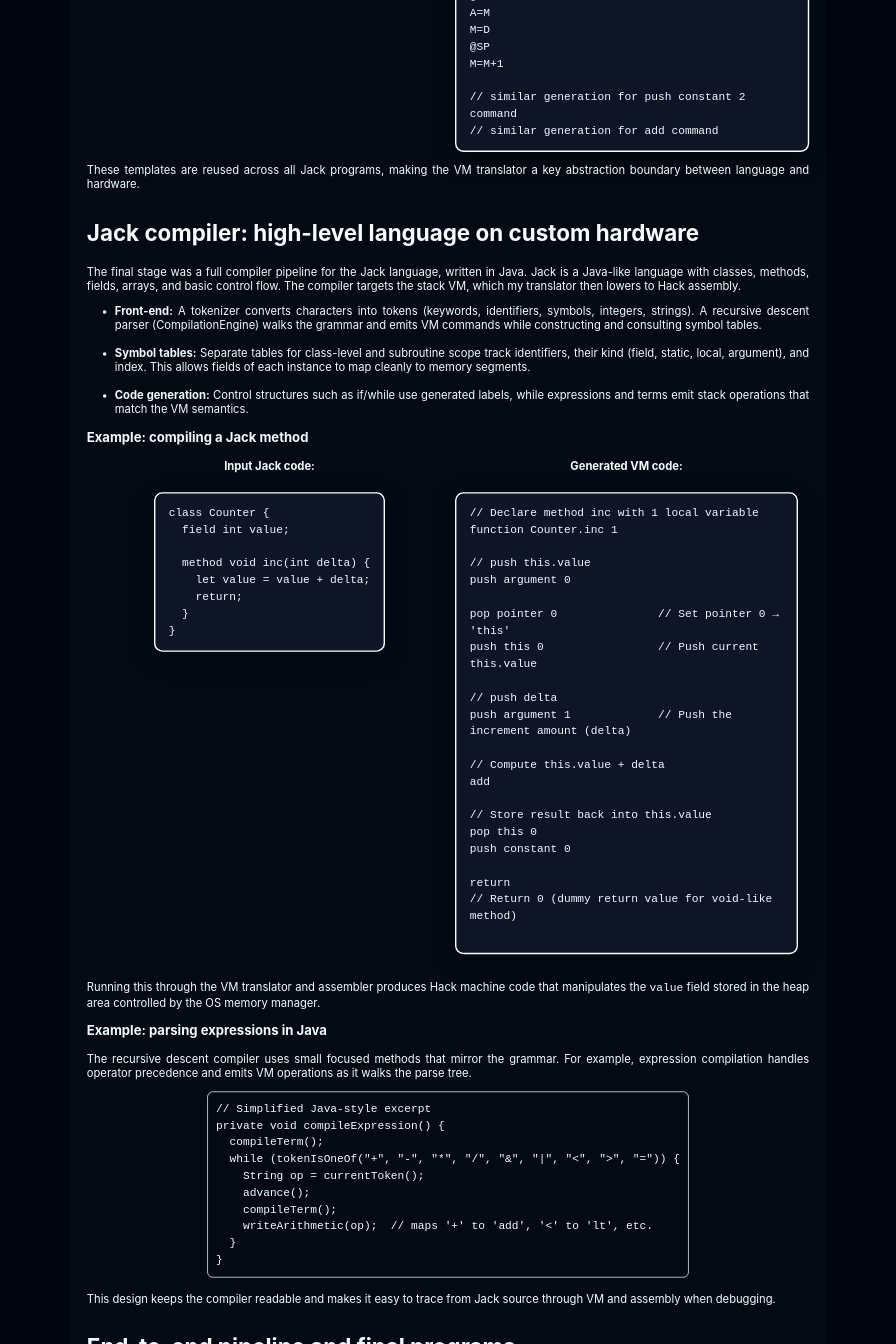
Repository: Abdulaziz-04/Abdulaziz-04.github.io
Page: deepdives/backend_systems/nand2tetris/nand2tetris.html
The author's editor kept a copy of each file at every save. The page is drawn from the files as they stood at one save, then again after the next save.
The browser window is 1280 px wide. The pictures show the part of the page from y = 3883 to 5803 px (the page is 6451 px tall), at 70% of full size.

Above is the page before, as saved 2025-11-20 21:52:57.

### deepdives/backend_systems/nand2tetris/nand2tetris.html
<!DOCTYPE html>
<html lang="en">
  <head>
    <meta charset="UTF-8" />
    <meta name="viewport" content="width=device-width, initial-scale=1" />
    <title>
      From Nand to Tetris: Building a Computer and Compiler from Scratch
    </title>
    <link rel="stylesheet" href="../../../assets/css/styles.css" />
    <style>
      .project-detail-page pre,
      .project-detail-page code {
        font-size: 1rem;
        line-height: 1.5;
      }

      .project-detail-page pre {
        display: flex;
        justify-content: center;
        margin: 1.25rem auto;
      }

      .project-detail-page pre code {
        display: inline-block;
        text-align: left;
      }

      .code-pair {
        display: grid;
        grid-template-columns: repeat(2, minmax(0, 1fr));
        gap: 1.25rem;
        align-items: start;
        justify-items: center;
        max-width: 1000px;
        margin: 0 auto;
      }

      .code-pair > div {
        display: flex;
        flex-direction: column;
        gap: 0.5rem;
        align-items: center;
      }

      .code-pair p {
        margin: 0;
        text-align: center;
        width: 100%;
      }

      .code-bordered {
        border: 1px solid #ffffff;
        border-radius: 8px;
        padding: 0.75rem;
        display: block;
        width: fit-content;
        max-width: 100%;
        margin: 0.75rem auto;
      }

      .project-detail-page pre.code-bordered {
        margin: 0 auto 1.25rem;
        justify-content: flex-start;
      }

      .code-card {
        color: #f6f8ff;
        border: 2px solid #3b4a6d;
        border-radius: 12px;
        padding: 1rem 1.2rem;
        background: #0d1526;
        box-shadow: 0 10px 32px rgba(0, 0, 0, 0.24);
        display: flex;
        flex-direction: column;
        gap: 0.5rem;
        width: 100%;
        max-width: 520px;
      }

      .code-card pre {
        display: block;
        margin: 0;
      }

      .code-card pre code {
        display: block;
        text-align: left;
      }

      .code-card__title {
        margin: 0;
        font-weight: 700;
        text-align: left;
      }

      .code-card code {
        display: block;
        white-space: pre-wrap;
        word-break: break-word;
        width: 100%;
      }

      .code-card.vm-block,
      .code-card.asm-block {
        border-color: #ffffff;
      }

      .code-grid {
        display: grid;
        grid-template-columns: repeat(2, minmax(0, 1fr));
        gap: 1.25rem;
        align-items: start;
        justify-items: center;
        max-width: 1100px;
        margin: 0 auto;
      }

      .asm-columns {
        display: grid;
        grid-template-columns: repeat(auto-fit, minmax(220px, 1fr));
        gap: 0.75rem;
        align-items: start;
      }

      .asm-columns pre {
        margin: 0;
        padding: 0;
        border: none;
        background: transparent;
      }

      .asm-columns pre code {
        display: block;
        white-space: pre;
        width: 100%;
      }
    </style>
  </head>

  <body class="project-detail-page">
    <header class="detail-hero">
      <a
        class="category-back"
        href="../../../projects/compiler-blockchain.html"
      >
        &larr; Back to Projects
      </a>

      <p
        class="category-pill"
        onclick="window.location.href='../../../projects/compiler-blockchain.html'"
      >
        Backend &amp; Distributed Logic
      </p>
      <br />
      <h1>
        From Nand to Tetris: Building a Computer and Compiler from Scratch
      </h1>

      <p class="detail-summary">
        <b>
          Two–part systems project where I built a full 16-bit computer,
          assembler, virtual machine, and compiler from primitive NAND gates.
          The stack ends in a high-level programming language called Jack that
          runs on the hardware I designed using an emulator.
        </b>
      </p>

      <p class="detail-summary">
        I completed all projects for both Coursera courses
        <i>“Build a Modern Computer from First Principles: Part 1 and Part 2”</i
        >, submitted every assignment, scored <b>98%</b> overall, and earned
        both certifications.
      </p>

      <ul class="detail-meta">
        <li>
          <strong>Tech Stack:</strong>
          Hardware Description Language (HDL), Hack assembly, Jack language,
          Java (assembler, VM translator, compiler), shell tooling, hardware and
          VM emulators
        </li>
      </ul>
    </header>

    <main class="section detail-content">
      <!-- HERO IMAGE -->
      <section class="detail-section detail-hero-gif">
        <figure class="gallery-item gallery-item--wide">
          <img
            src="./images/nand2tetris_intro.png"
            alt="Hardware and software hierarchy from NAND gate up to high level language"
            style="display: block; margin: 0 auto; max-width: 90%; height: auto"
          />
          <figcaption style="text-align: center">
            The full stack I implemented: from a single NAND gate to logic
            chips, CPU, assembler, VM, and Jack compiler running user programs.
          </figcaption>
        </figure>
      </section>

      <!-- QUICK INSIGHTS -->
      <section class="detail-section">
        <h2>Quick insights</h2>
        <ul class="psr-list">
          <li>
            <strong>Goal:</strong>
            Design a full computer system from the logic-gate level and build a
            usable high-level programming language called Jack with it's own
            compiler and toolchain that runs games and apps on that hardware.
          </li>
          <br />
          <li>
            <strong>Scope:</strong>
            Implemented over <b>30+</b> hardware chips in HDL, a
            <b>16-bit Hack CPU and memory system</b>, a two-stage software stack
            (assembler and VM translator), and a multi-pass Jack compiler.
          </li>
          <br />
          <li>
            <strong>Outcome:</strong>
            The final system runs full Jack programs such as Tetris and a simple
            operating system (arrays, math library, memory manager), compiled by
            my Java tools from Jack to machine language that executes on the
            hardware I built (via emulation).
          </li>
        </ul>
      </section>

      <!-- HARDWARE PLATFORM -->
      <section class="detail-section">
        <h2>Hardware platform: from NAND to a 16-bit computer</h2>
        <p>
          Part 1 focused on creating the hardware stack using the course HDL.
          Starting from a single NAND primitive, I implemented combinational and
          sequential chips and composed them into a usable computer.
        </p>

        <ul>
          <li>
            <b>Core logic:</b> Built gates such as NOT, AND, OR, MUX, and
            adders, then composed them into an <b>ALU</b> (Arithmetic Logic
            Unit) supporting arithmetic, bitwise operations, and zero/negative
            flags.
          </li>
          <br />
          <li>
            <b>Stateful components:</b> Implemented Register, RAM8/64/4K/16K,
            counters, and a screen-mapped memory unit using flip-flops and
            clocked logic.
          </li>
          <br />
          <li>
            <b>CPU and computer:</b> Wired the ALU (Arithmetic Logic Unit),
            registers, and instruction decoder into a Hack CPU supporting
            A-instruction and C-instruction i.e. Address and Compute
            instructions plus conditional jumps, then added ROM and memory to
            form the complete computer chip.
          </li>
        </ul>

        <h3>Example: ALU snippet and behavior</h3>
        <p>
          The ALU combines configurable input negation, zeroing, and function
          selection. Here is a simplified HDL excerpt (names adjusted for
          brevity):
        </p>

        <pre class="code-bordered"><code>// Simplified ALU style HDL
CHIP ALU {
  IN  x[16], y[16],
      zx, nx, zy, ny, f, no;
  OUT out[16], zr, ng;

  PARTS:
  Mux16(a=x, b=false, sel=zx, out=xz);
  Not16(in=xz, out=xn);
  Mux16(a=xz, b=xn, sel=nx, out=x1);

  Mux16(a=y, b=false, sel=zy, out=yz);
  Not16(in=yz, out=yn);
  Mux16(a=yz, b=yn, sel=ny, out=y1);

  Add16(a=x1, b=y1, out=sum);
  And16(a=x1, b=y1, out=andv);
  Mux16(a=andv, b=sum, sel=f, out=out0);

  Not16(in=out0, out=out1);
  Mux16(a=out0, b=out1, sel=no, out=out);

  Or16Way(in=out, out=any);
  Not(in=any, out=zr);
  And(in=out[15], in2=true, out=ng);
}</code></pre>

        <p>
          With these control bits, higher-level instructions like D=D+M or M=!M
          are implemented simply by choosing the correct input parameter
          combination.
        </p>
      </section>

      <!-- ASSEMBLER -->
      <section class="detail-section">
        <h2>Assembler: Hack assembly to machine code</h2>
        <p>
          Once the computer chip worked in simulation, I wrote a two-pass
          assembler in Java for the Hack assembly language. It resolves labels
          and variables, then emits 16-bit binary instructions.
        </p>

        <ul>
          <li>
            <b>Two-pass design:</b> First pass scans labels (for example,
            <code>(LOOP)</code>) and records their ROM addresses. Second pass
            encodes A and C instructions into their binary form.
          </li>
          <br />
          <li>
            <b>Symbol table:</b> Pre-populated with predefined registers
            (R0–R15), pointers (SP, LCL, ARG), screen and keyboard addresses,
            then extended with user variables starting at address 16.
          </li>
        </ul>

        <h3>Assembler encoding example</h3>

        <div class="code-pair">
          <div>
            <p><b>Input assembly:</b></p>
            <pre class="code-card vm-block"><code>// Simple loop
@i
M=1
(LOOP)
  @i
  M=M+1
  @10
  D;JLT
  @LOOP
  0;JMP</code></pre>
          </div>

          <div>
            <p><b>Generated machine code:</b></p>
            <pre
              class="code-card asm-block"
            ><code>0000000000010000   // @i (allocated at 16)
1110111111001000   // M=1
0000000000010000   // @i
1111110111011000   // M=M+1
0000000000001010   // @10
1110001100000100   // D;JLT
0000000000000010   // @LOOP (ROM address 2)
1110101010000111   // 0;JMP</code></pre>
          </div>
        </div>

        <p>
          Running this binary on the hardware simulator shows the register and
          RAM state changing as expected, proving the assembler and CPU agree on
          the instruction set.
        </p>
      </section>

      <!-- VM TRANSLATOR -->
      <section class="detail-section">
        <h2>VM translator: stack machine to Hack assembly</h2>
        <p>
          Part 2 starts the software hierarchy. I implemented a VM translator in
          Java that converts a high-level stack-based VM language into Hack
          assembly. This layer decouples Jack from the hardware and introduces
          function calls and static segments.
        </p>

        <ul>
          <li>
            <b>Arithmetic and logic:</b> Commands such as <code>add</code>,
            <code>sub</code>, <code>eq</code>, <code>lt</code>, and
            <code>gt</code> pop values from the stack, compute, and push results
            using small assembly templates.
          </li>
          <br />
          <li>
            <b>Memory segments:</b> Implemented pointer logic for
            <code>local</code>, <code>argument</code>, <code>this</code>,
            <code>that</code>, <code>temp</code>, <code>pointer</code>, and
            <code>static</code> segments.
          </li>
          <br />
          <li>
            <b>Functions and calls:</b> Implemented call frames following the
            Hack VM spec: save caller state, set ARG and LCL, jump to callee,
            and restore on return.
          </li>
        </ul>

        <h3>VM to assembly example</h3>

        <div class="code-grid">
          <div class="code-card vm-block">
            <p class="code-card__title">Input VM snippet:</p>
            <pre><code>function Simple.addTwo 0
push argument 0
push constant 2
add
return</code></pre>
          </div>

          <div class="code-card asm-block" style="grid-column: span 1">
            <p class="code-card__title">Generated Hack assembly (excerpt):</p>
            <pre><code>// function Simple.addTwo 0
(Simple.addTwo)
// full generation for "push argument 0"
@ARG
D=M
@0
A=D+A
D=M
@SP
A=M
M=D
@SP
M=M+1

// similar generation for push constant 2 command
// similar generation for add command
</code></pre>
          </div>
        </div>

        <p>
          These templates are reused across all Jack programs, making the VM
          translator a key abstraction boundary between language and hardware.
        </p>
      </section>

      <!-- JACK COMPILER -->
      <section class="detail-section">
        <h2>Jack compiler: high-level language on custom hardware</h2>
        <p>
          The final stage was a full compiler pipeline for the Jack language,
          written in Java. Jack is a Java-like language with classes, methods,
          fields, arrays, and basic control flow. The compiler targets the stack
          VM, which my translator then lowers to Hack assembly.
        </p>

        <ul>
          <li>
            <b>Front-end:</b> A tokenizer converts characters into tokens
            (keywords, identifiers, symbols, integers, strings). A recursive
            descent parser (CompilationEngine) walks the grammar and emits VM
            commands while constructing and consulting symbol tables.
          </li>
          <br />
          <li>
            <b>Symbol tables:</b> Separate tables for class-level and subroutine
            scope track identifiers, their kind (field, static, local,
            argument), and index. This allows fields of each instance to map
            cleanly to memory segments.
          </li>
          <br />
          <li>
            <b>Code generation:</b> Control structures such as if/while use
            generated labels, while expressions and terms emit stack operations
            that match the VM semantics.
          </li>
        </ul>

        <h3>Example: compiling a Jack method</h3>

        <div class="code-pair">
          <div>
            <p><b>Input Jack code:</b></p>
            <pre class="code-card vm-block"><code>class Counter {
  field int value;

  method void inc(int delta) {
    let value = value + delta;
    return;
  }
}</code></pre>
          </div>
          <div>
            <p><b>Generated VM code:</b></p>
            <pre
              class="code-card asm-block"
            ><code>// Declare method inc with 1 local variable
function Counter.inc 1

// push this.value
push argument 0

pop pointer 0               // Set pointer 0 → 'this'
push this 0                 // Push current this.value

// push delta
push argument 1             // Push the increment amount (delta)

// Compute this.value + delta
add

// Store result back into this.value
pop this 0
push constant 0

return
// Return 0 (dummy return value for void-like method)
  </code></pre>
          </div>
        </div>

        <p>
          Running this through the VM translator and assembler produces Hack
          machine code that manipulates the <code>value</code> field stored in
          the heap area controlled by the OS memory manager.
        </p>

        <h3>Example: parsing expressions in Java</h3>
        <p>
          The recursive descent compiler uses small focused methods that mirror
          the grammar. For example, expression compilation handles operator
          precedence and emits VM operations as it walks the parse tree.
        </p>

        <pre class="code-bordered"><code>// Simplified Java-style excerpt
private void compileExpression() {
  compileTerm();
  while (tokenIsOneOf("+", "-", "*", "/", "&amp;", "|", "&lt;", "&gt;", "=")) {
    String op = currentToken();
    advance();
    compileTerm();
    writeArithmetic(op);  // maps '+' to 'add', '&lt;' to 'lt', etc.
  }
}</code></pre>

        <p>
          This design keeps the compiler readable and makes it easy to trace
          from Jack source through VM and assembly when debugging.
        </p>
      </section>

      <!-- END-TO-END PIPELINE -->
      <section class="detail-section">
        <h2>End-to-end pipeline and final programs</h2>
        <p>
          With the full pipeline in place, I compiled and ran several Jack
          applications, including the supplied Tetris, a simple OS API, and my
          own small programs that manipulate memory, draw graphics, and handle
          keyboard input.
        </p>

        <ul>
          <li>
            <b>End-to-end flow:</b> Jack source (User Input Programming
            Language) → Java Compiler → VM code → Java VM translator → Hack
            assembly → Java assembler → 16-bit machine code → executed on the
            computer emulated from NAND gates. The Compiler, VM translator and
            assembler were built from scratch in Java.
          </li>
          <br />
          <li>
            <b>Debugging:</b> Used the hardware and VM simulators to step
            through instructions, inspect RAM and stack, and validate that
            higher-level bugs were not caused by lower-level hardware mistakes.
          </li>
        </ul>
      </section>

      <!-- IMPACT & LEARNINGS -->
      <section class="detail-section detail-impact">
        <h2>Impact and learnings</h2>
        <ul>
          <li>
            <b>Systems thinking:</b> Gained a concrete understanding of how
            compilers, virtual machines, and hardware interact, instead of
            treating them as black boxes.
          </li>
          <br />
          <li>
            <b>Compiler and language design:</b> Implemented a real compiler
            front-end and back-end, including lexical analysis, parsing, symbol
            tables, and code generation for a custom language.
          </li>
          <br />
          <li>
            <b>Hardware intuition:</b> Designing the ALU, CPU, and memory from
            primitive gates sharpened my intuition for performance, instruction
            set design, and the cost of different operations.
          </li>
          <br />
          <li>
            <b>Reliability through abstraction:</b> Each layer (HDL chips,
            assembler, VM, compiler) had a clear contract and test suite, which
            made debugging manageable despite how much was built from scratch.
          </li>
        </ul>
      </section>
    </main>
  </body>
</html>

Loaded but not shown: assets/css/styles.css (941 lines, source omitted)

After the next save:
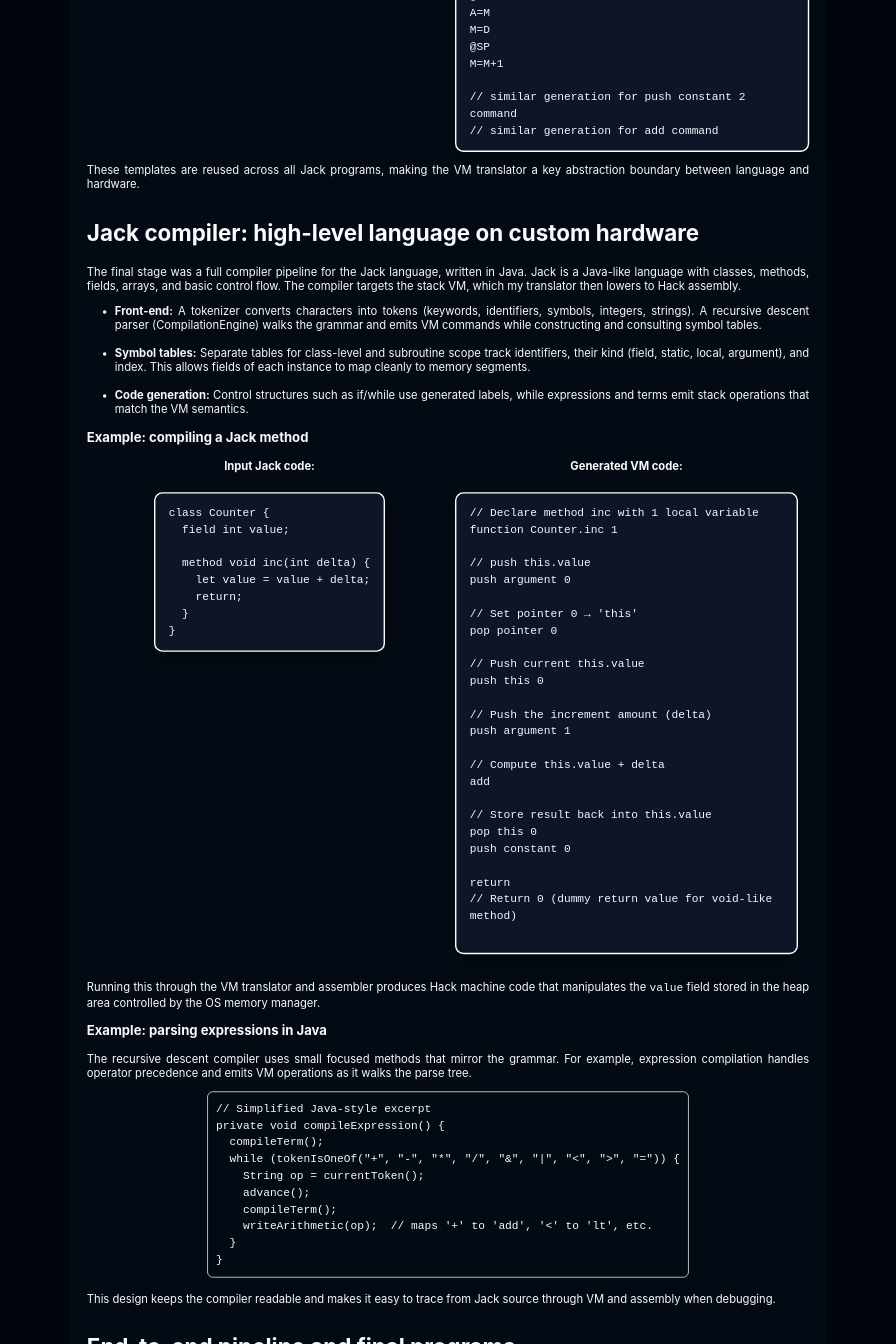
Saved 40 s later.
--- a/deepdives/backend_systems/nand2tetris/nand2tetris.html
+++ b/deepdives/backend_systems/nand2tetris/nand2tetris.html
@@ -490,11 +490,14 @@ function Counter.inc 1
 // push this.value
 push argument 0
 
-pop pointer 0               // Set pointer 0 → 'this'
-push this 0                 // Push current this.value
-
-// push delta
-push argument 1             // Push the increment amount (delta)
+// Set pointer 0 → 'this'
+pop pointer 0
+
+// Push current this.value
+push this 0
+
+// Push the increment amount (delta)
+push argument 1
 
 // Compute this.value + delta
 add
